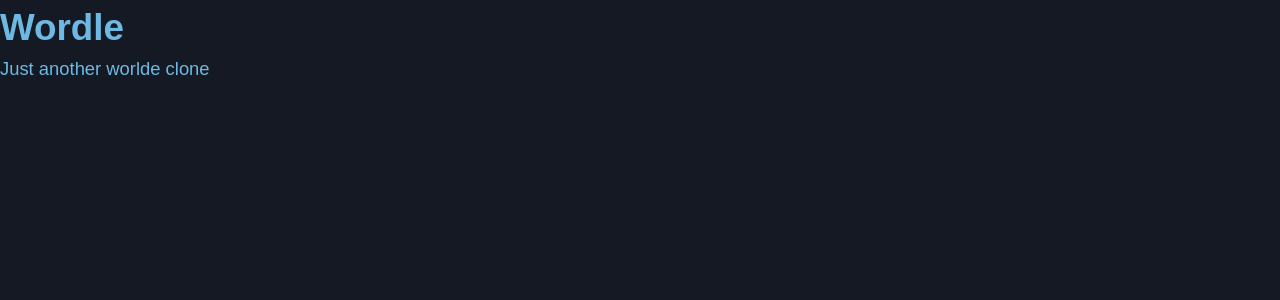
Repository: duck2913/wordle-clone
Page: /
An editor plug-in stored every save of this project. The page is shown before and after the next save, followed by the edit.
The browser window is 1280 px wide. The pictures show the whole page.
The project was rebuilt for these pictures with package versions that can differ from the ones it lists, and the page was loaded fresh each time.

Above is the page before, as saved 2022-05-17 08:21:25.

After the next save:
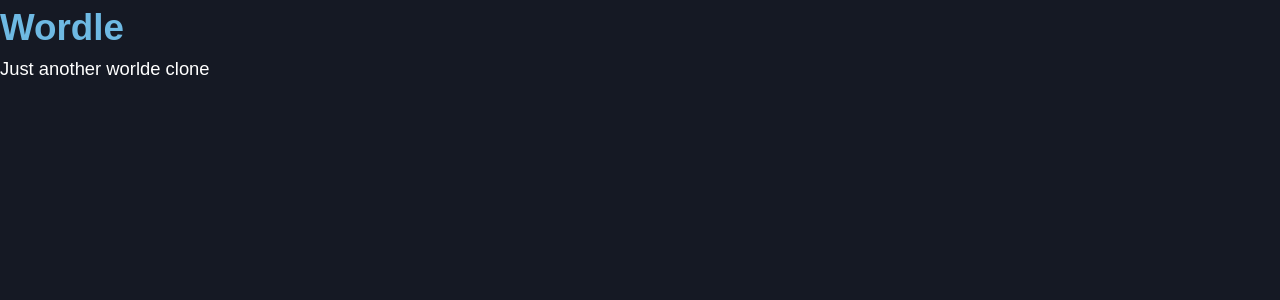
Saved 9 s later.
--- a/src/App.css
+++ b/src/App.css
@@ -72,3 +72,7 @@
 }
 
 /* End  */
+
+.white {
+	color: white;
+}
